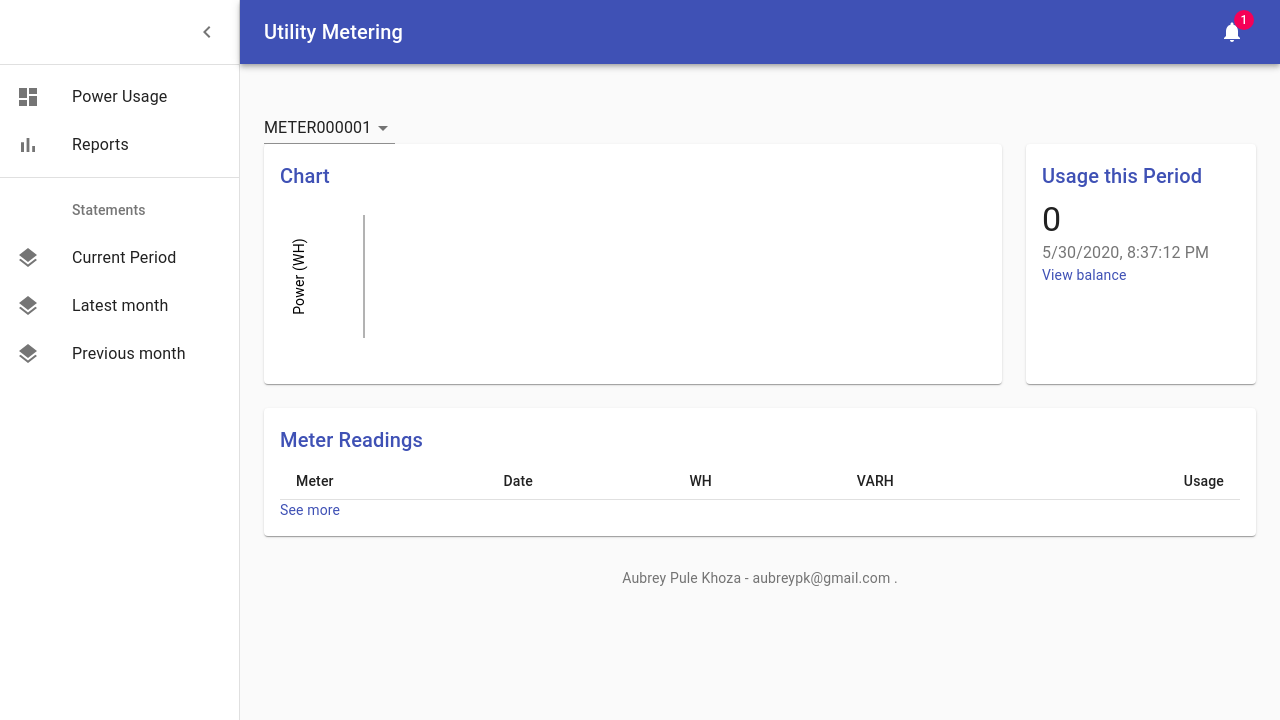
Repository: aubreypk/utilities-metering
Page: / (app in utilities-metering-app/)
These files come from the project's save history. The page is drawn as it stood at one moment and after the next save; the edit follows.
The browser window is 1280 px wide. The pictures show the whole page.
The page's requests for data from a server got no answer. The project was rebuilt for these pictures with package versions that can differ from the ones it lists, and the page was loaded fresh each time. No one was signed in, and anything a server would have sent is missing. Also part of the build but not shown: utilities-metering-app/src/App.css.

Above is the page before, as saved 2020-06-01 10:57:29.

### utilities-metering-app/src/index.js
import React from 'react';
import ReactDOM from 'react-dom';
import './index.css';
import App from './App';
import * as serviceWorker from './serviceWorker';

ReactDOM.render(
  <React.StrictMode>
    <App />
  </React.StrictMode>,
  /*<BrowserRouter>
    <App />
  </BrowserRouter>,*/
  document.getElementById('root')
);

// If you want your app to work offline and load faster, you can change
// unregister() to register() below. Note this comes with some pitfalls.
// Learn more about service workers: https://bit.ly/CRA-PWA
serviceWorker.unregister();

### utilities-metering-app/src/App.js
import React, { Component } from 'react'
import Dashboard from './components/Dashboard'

//import { BrowserRouter as Router, Switch, Route, Link } from "react-router-dom";

import './App.css';

class App extends Component {
  render() {
    return (
      <div>
        <Dashboard />
      </div>
    )
  }
}

export default App;

### utilities-metering-app/src/components/Dashboard.js
import React, { useState } from 'react';
import clsx from 'clsx';
import { makeStyles } from '@material-ui/core/styles';
import CssBaseline from '@material-ui/core/CssBaseline';
import Drawer from '@material-ui/core/Drawer';
import Box from '@material-ui/core/Box';
import AppBar from '@material-ui/core/AppBar';
import Toolbar from '@material-ui/core/Toolbar';
import List from '@material-ui/core/List';
import Typography from '@material-ui/core/Typography';
import Divider from '@material-ui/core/Divider';
import IconButton from '@material-ui/core/IconButton';
import Badge from '@material-ui/core/Badge';
import Container from '@material-ui/core/Container';
import Grid from '@material-ui/core/Grid';
import Paper from '@material-ui/core/Paper';
import Link from '@material-ui/core/Link';
import MenuIcon from '@material-ui/icons/Menu';
import ChevronLeftIcon from '@material-ui/icons/ChevronLeft';
import NotificationsIcon from '@material-ui/icons/Notifications';
import { mainListItems, secondaryListItems } from './Sidebar';
import PowerChart from './PowerChart';
import TotalPower from './TotalPower';
import PowerReadings from './PowerReadings';
import MetersList from './MetersList';

function Copyright() {
  return (
    <Typography variant="body2" color="textSecondary" align="center">

      <Link color="inherit" href="mailto:aubreypk@gmail.com">
        Aubrey Pule Khoza - aubreypk@gmail.com
      </Link>{' '}

      {'.'}
    </Typography>
  );
}

const drawerWidth = 240;

const useStyles = makeStyles((theme) => ({
  root: {
    display: 'flex',
  },
  toolbar: {
    paddingRight: 24, // keep right padding when drawer closed
  },
  toolbarIcon: {
    display: 'flex',
    alignItems: 'center',
    justifyContent: 'flex-end',
    padding: '0 8px',
    ...theme.mixins.toolbar,
  },
  appBar: {
    zIndex: theme.zIndex.drawer + 1,
    transition: theme.transitions.create(['width', 'margin'], {
      easing: theme.transitions.easing.sharp,
      duration: theme.transitions.duration.leavingScreen,
    }),
  },
  appBarShift: {
    marginLeft: drawerWidth,
    width: `calc(100% - ${drawerWidth}px)`,
    transition: theme.transitions.create(['width', 'margin'], {
      easing: theme.transitions.easing.sharp,
      duration: theme.transitions.duration.enteringScreen,
    }),
  },
  menuButton: {
    marginRight: 36,
  },
  menuButtonHidden: {
    display: 'none',
  },
  title: {
    flexGrow: 1,
  },
  drawerPaper: {
    position: 'relative',
    whiteSpace: 'nowrap',
    width: drawerWidth,
    transition: theme.transitions.create('width', {
      easing: theme.transitions.easing.sharp,
      duration: theme.transitions.duration.enteringScreen,
    }),
  },
  drawerPaperClose: {
    overflowX: 'hidden',
    transition: theme.transitions.create('width', {
      easing: theme.transitions.easing.sharp,
      duration: theme.transitions.duration.leavingScreen,
    }),
    width: theme.spacing(7),
    [theme.breakpoints.up('sm')]: {
      width: theme.spacing(9),
    },
  },
  appBarSpacer: theme.mixins.toolbar,
  content: {
    flexGrow: 1,
    height: '100vh',
    overflow: 'auto',
  },
  container: {
    paddingTop: theme.spacing(4),
    paddingBottom: theme.spacing(4),
  },
  paper: {
    padding: theme.spacing(2),
    display: 'flex',
    overflow: 'auto',
    flexDirection: 'column',
  },
  fixedHeight: {
    height: 240,
  },
  singleHeight: {
    height: 50,
  },
}));

export default function Dashboard() {
  const classes = useStyles();
  const [open, setOpen] = React.useState(true);
  const handleDrawerOpen = () => {
    setOpen(true);
  };
  const handleDrawerClose = () => {
    setOpen(false);
  };
  const fixedHeightPaper = clsx(classes.paper, classes.fixedHeight);
  //const singleHeightPaper = clsx(classes.paper, classes.SingleHeight);
  const [meterNumber, setMeterNumber] = useState('METER000001'); // get first on list
  const meterNumberCallback = (childData) => {
    setMeterNumber(childData)
  };
  //const handleMeterNumberChange = () => {
  //  setMeterNumber(meterNumber: serial)
  //}
  //TODO: move fetch data to this level and pass that instead of serial. duplicate fetch in sub-components

  return (
    <div className={classes.root}>
      <CssBaseline />
      <AppBar position="absolute" className={clsx(classes.appBar, open && classes.appBarShift)}>
        <Toolbar className={classes.toolbar}>
          <IconButton
            edge="start"
            color="inherit"
            aria-label="open drawer"
            onClick={handleDrawerOpen}
            className={clsx(classes.menuButton, open && classes.menuButtonHidden)}
          >
            <MenuIcon />
          </IconButton>
          <Typography component="h1" variant="h6" color="inherit" noWrap className={classes.title}>
            Utility Metering
          </Typography>
          <IconButton color="inherit">
            <Badge badgeContent={1} color="secondary">
              <NotificationsIcon />
            </Badge>
          </IconButton>
        </Toolbar>
      </AppBar>
      <Drawer
        variant="permanent"
        classes={{
          paper: clsx(classes.drawerPaper, !open && classes.drawerPaperClose),
        }}
        open={open}
      >
        <div className={classes.toolbarIcon}>
          <IconButton onClick={handleDrawerClose}>
            <ChevronLeftIcon />
          </IconButton>
        </div>
        <Divider />
        <List>{mainListItems}</List>
        <Divider />
        <List>{secondaryListItems}</List>
      </Drawer>
      <main className={classes.content}>
        <div className={classes.appBarSpacer} />
        <Container maxWidth="lg" className={classes.container}>
            {/* Meter Selection */}
            <MetersList meterNumber={meterNumber} meterNumberCallback = {meterNumberCallback}/>

          <Grid container spacing={3}>
            {/* Power Chart */}
            <Grid item xs={12} md={8} lg={9}>
              <Paper className={fixedHeightPaper}>
                <PowerChart meterNumber={meterNumber}/>
              </Paper>
            </Grid>
            {/* Total Power Usage */}
            <Grid item xs={12} md={4} lg={3}>
              <Paper className={fixedHeightPaper}>
                <TotalPower meterNumber={meterNumber}/>
              </Paper>
            </Grid>
            {/* List readings */}
            <Grid item xs={12}>
              <Paper className={classes.paper}>
                <PowerReadings meterNumber={meterNumber}/>
              </Paper>
            </Grid>
          </Grid>
          <Box pt={4}>
            <Copyright />
          </Box>
        </Container>
      </main>
    </div>
  );
}

### utilities-metering-app/src/components/Sidebar.js
import React from 'react';
import ListItem from '@material-ui/core/ListItem';
import ListItemIcon from '@material-ui/core/ListItemIcon';
import ListItemText from '@material-ui/core/ListItemText';
import ListSubheader from '@material-ui/core/ListSubheader';
import DashboardIcon from '@material-ui/icons/Dashboard';
import BarChartIcon from '@material-ui/icons/BarChart';
import LayersIcon from '@material-ui/icons/Layers';
//import AssignmentIcon from '@material-ui/icons/Assignment';

export const mainListItems = (
  <div>
    <ListItem button>
      <ListItemIcon>
        <DashboardIcon />
      </ListItemIcon>
      <ListItemText primary="Power Usage" />
    </ListItem>
    <ListItem button>
      <ListItemIcon>
        <BarChartIcon />
      </ListItemIcon>
      <ListItemText primary="Reports" />
    </ListItem>
  </div>
);

export const secondaryListItems = (
  <div>
    <ListSubheader inset>Statements</ListSubheader>
    <ListItem button>
      <ListItemIcon>
        <LayersIcon />
      </ListItemIcon>
      <ListItemText primary="Current Period" />
    </ListItem>
    <ListItem button>
      <ListItemIcon>
        <LayersIcon />
      </ListItemIcon>
      <ListItemText primary="Latest month" />
    </ListItem>
    <ListItem button>
      <ListItemIcon>
        <LayersIcon />
      </ListItemIcon>
      <ListItemText primary="Previous month" />
    </ListItem>
  </div>
);

### utilities-metering-app/src/components/PowerChart.js
import React, { Component } from 'react';
import { withStyles, withTheme } from '@material-ui/core'
import { LineChart, Line, XAxis, YAxis, Label, ResponsiveContainer } from 'recharts';
import Header from './Header';
import axios from 'axios';

export default class PowerChart extends Component {

  constructor(props) {
    super(props)
    this.state = {
      readings: []
    };
  }

  componentDidMount() {
    axios.get('http://localhost:4000/readings/get-serial-readings/' + this.props.meterNumber)
    //axios.get('http://localhost:4000/readings/')
      .then(res => {
        this.setState({
          readings: res.data
        });
      })
      .catch((error) => {
        console.log(error);
      })
  }

  render() {
  return (
    <React.Fragment>
      <Header>Chart</Header>
      <ResponsiveContainer>
        <LineChart
          data={this.state.readings}
          margin={{
            top: 16,
            right: 16,
            bottom: 0,
            left: 24,
          }}
        >
          <XAxis dataKey="readingDateTimeUTC"  />
          <YAxis >
            <Label
              angle={270}
              position="left"
              style={{ textAnchor: 'middle'}}
            >
              Power (WH)
            </Label>
          </YAxis>
          <Line type="monotone" dataKey="WH" dot={false} />
        </LineChart>
      </ResponsiveContainer>
    </React.Fragment>
  );
  }
}

### utilities-metering-app/src/components/TotalPower.js
import React, { Component } from 'react';
import Link from '@material-ui/core/Link';
import { makeStyles } from '@material-ui/core/styles';
import Typography from '@material-ui/core/Typography';
import Header from './Header';
import { withStyles, withTheme } from '@material-ui/core'
import axios from 'axios';

function preventDefault(event) {
  event.preventDefault();
}

/*const useStyles = makeStyles({
  depositContext: {
    flex: 1,
  },
});*/

export default class TotalPower extends Component {
  constructor(props) {
    super(props)
    this.state = {
      readings: [],
      total: 0,
      curTime : new Date().toLocaleString()
    };
  }

  componentDidMount() {
    axios.get('http://localhost:4000/readings/get-serial-readings/' + this.props.meterNumber)
    //axios.get('http://localhost:4000/readings/')
      .then(res => {
        this.setState({
          readings: res.data,
          total : this.getTotal(res.data)
        });
      })
      .catch((error) => {
        console.log(error);
      })
  }

  getTotal(data)
  {
    let lastReading = data[0].WH;
    let firstReading = data[data.length - 1].WH;

    return (lastReading - firstReading) / 1000;
  }

  //const classes = useStyles();
  render() {
  return (
    <React.Fragment>
      <Header>Usage this Period</Header>
      <Typography component="p" variant="h4">
      {this.state.total}
      </Typography>
      <Typography color="textSecondary" >
        {this.state.curTime}
      </Typography>
      <div>
        <Link color="primary" href="#" onClick={preventDefault}>
          View balance
        </Link>
      </div>
    </React.Fragment>
  );
  }
}

### utilities-metering-app/src/components/PowerReadings.js
import React, { Component } from 'react';
import Link from '@material-ui/core/Link';
import Table from '@material-ui/core/Table';
import TableBody from '@material-ui/core/TableBody';
import TableCell from '@material-ui/core/TableCell';
import TableHead from '@material-ui/core/TableHead';
import TableRow from '@material-ui/core/TableRow';
import axios from 'axios';
import Header from './Header';

function preventDefault(event) {
  event.preventDefault();
}

export default class PowerReadings extends Component {

  constructor(props) {
    super(props)
    this.state = {
      readings: []
    };
  }

  componentDidMount() {
    axios.get('http://localhost:4000/readings/get-serial-readings/' + this.props.meterNumber)
    //axios.get('http://localhost:4000/readings/')
      .then(res => {
        this.setState({
          readings: res.data
        });
      })
      .catch((error) => {
        console.log(error);
      })
  }

  render() {
    return (
      <React.Fragment>
        <Header>Meter Readings</Header>
        <Table size="small">
          <TableHead>
            <TableRow>
              <TableCell>Meter</TableCell>
              <TableCell>Date</TableCell>
              <TableCell>WH</TableCell>
              <TableCell>VARH</TableCell>
              <TableCell align="right">Usage</TableCell>
            </TableRow>
          </TableHead>
          <TableBody>
            {this.state.readings.map((row) => (
              <TableRow key={row.id}>
                <TableCell>{row.serial}</TableCell>
                <TableCell>{row.readingDateTimeUTC}</TableCell>
                <TableCell>{row.WH}</TableCell>
                <TableCell>{row.VARH}</TableCell>
                {/* TODO: calculate usage */}
                <TableCell align="right">{}</TableCell>
              </TableRow>
            ))}
          </TableBody>
        </Table>
        <div>
          <Link color="primary" href="#" onClick={preventDefault}>
            See more
          </Link>
        </div>
      </React.Fragment>
    );
  }
}

### utilities-metering-app/src/components/MetersList.js
import React, { Component } from 'react';
import { makeStyles } from '@material-ui/core/styles';
import InputLabel from '@material-ui/core/InputLabel';
import MenuItem from '@material-ui/core/MenuItem';
import FormControl from '@material-ui/core/FormControl';
import Select from '@material-ui/core/Select';

const useStyles = makeStyles((theme) => ({
  formControl: {
    margin: theme.spacing(1),
    minWidth: 120,
  },
  selectEmpty: {
    marginTop: theme.spacing(2),
  },
}));

export default class MetersList extends Component {
//export default function MetersList() {
  //classes = useStyles();

  handleChange = (event) => {
    this.props.meterNumberCallback(event.target.value);
  };

  render() {
  return (
    <div>
      <FormControl class="formControl">
        <InputLabel id="meter-select-label">Meter Number</InputLabel>
        <Select
          labelId="meter-select-label"
          id="meter-select"
          value={this.props.meterNumber}
          onChange={this.handleChange}
        >
          {/* TODO: pull meter numbers from db data */}
          <MenuItem value={"METER000001"}>METER000001</MenuItem>
          <MenuItem value={"METER000002"}>METER000002</MenuItem>
        </Select>
      </FormControl>
    </div>
  );
  }
}

### utilities-metering-app/src/components/Header.js
import React from 'react';
import PropTypes from 'prop-types';
import Typography from '@material-ui/core/Typography';

export default function Header(props) {
  return (
    <Typography component="h2" variant="h6" color="primary" gutterBottom>
      {props.children}
    </Typography>
  );
}

Header.propTypes = {
  children: PropTypes.node,
};

Loaded but not shown: utilities-metering-app/public/index.html (common file); utilities-metering-app/src/index.css (common file); utilities-metering-app/src/serviceWorker.js (common file)

After the next save:
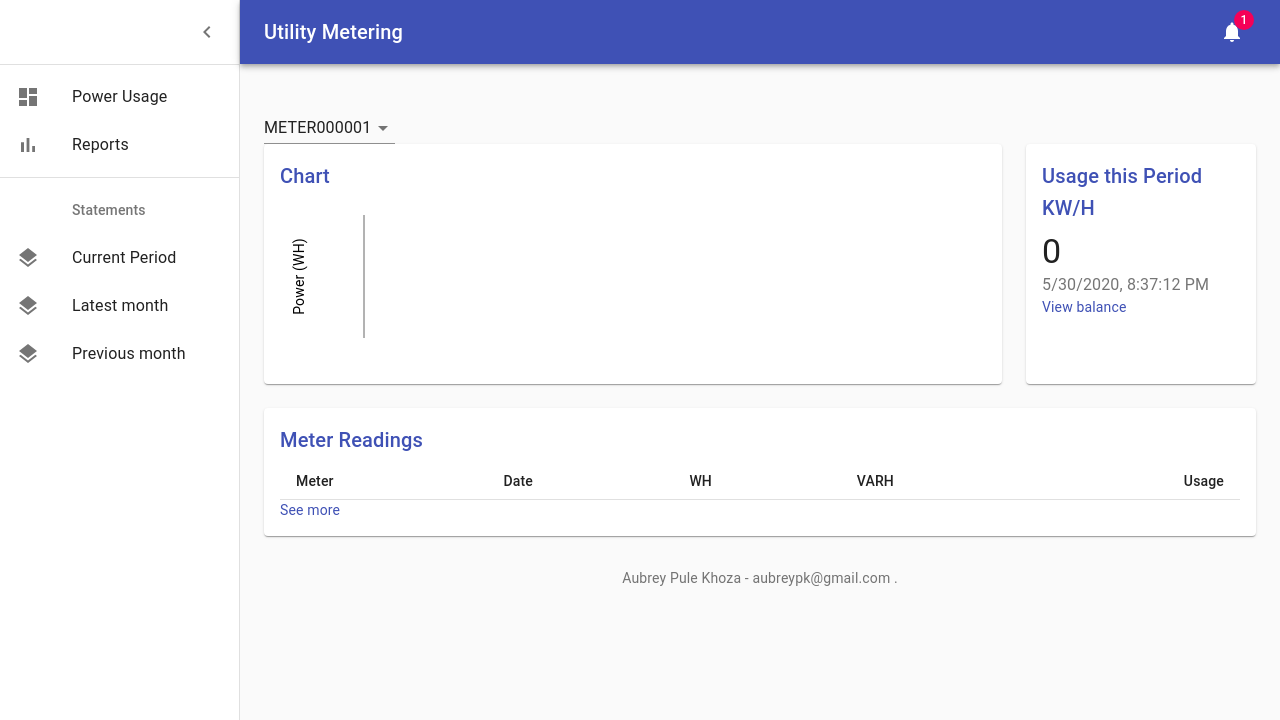
Saved 34 s later.
--- a/utilities-metering-app/src/components/TotalPower.js
+++ b/utilities-metering-app/src/components/TotalPower.js
@@ -52,7 +52,7 @@ export default class TotalPower extends Component {
   render() {
   return (
     <React.Fragment>
-      <Header>Usage this Period</Header>
+      <Header>Usage this Period KW/H</Header>
       <Typography component="p" variant="h4">
       {this.state.total}
       </Typography>
